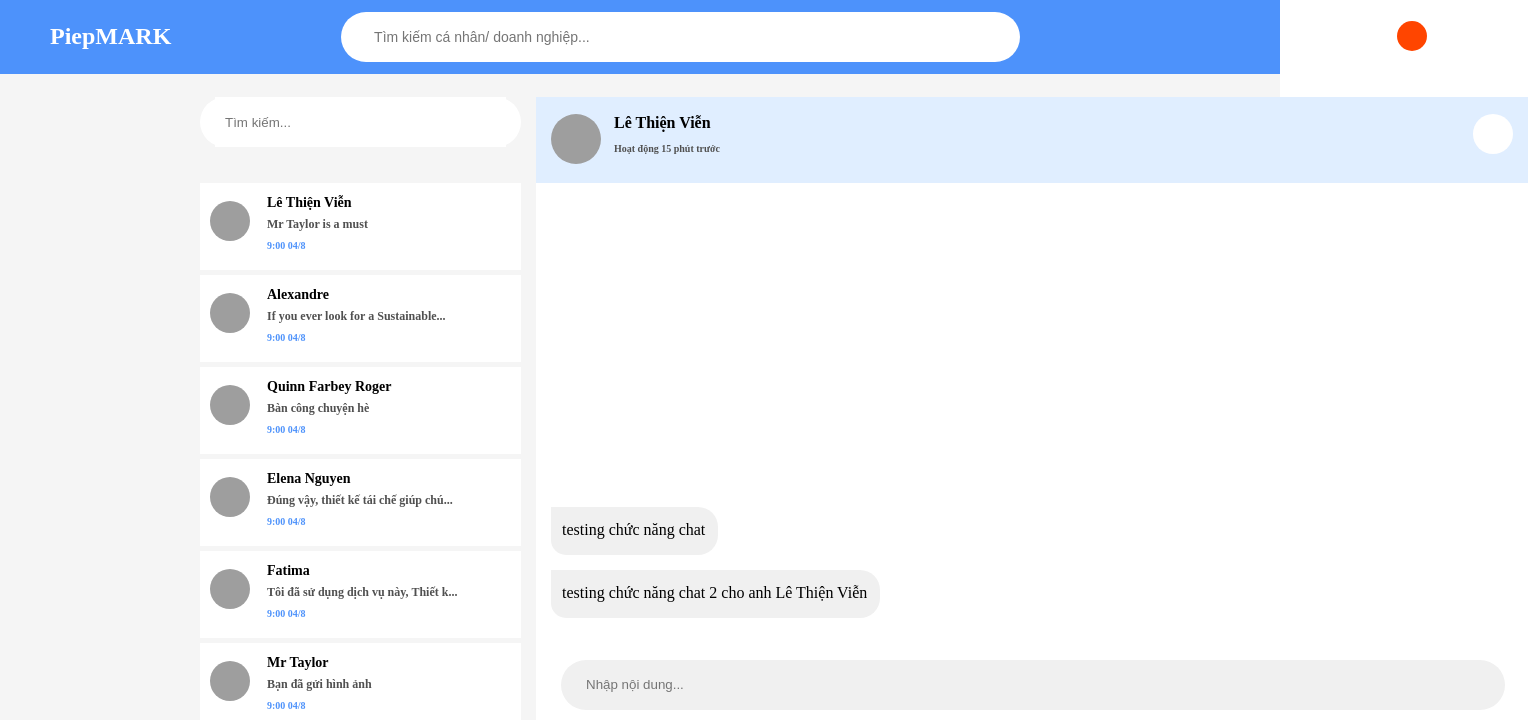
Repository: Jackietruong2805/th-c-t-p
Page: /chatbox/1 (app in vue-laravel-boilerplate/)
These files come from the project's save history. The page is drawn as it stood at one moment and after the next save; the edit follows.
The browser window is 1280 px wide. The page is 1528 px wide, so the pictures cover 1528 px, including what lies to the right of the window. The pictures show the whole page.
Pictures or frames that could not be fetched are drawn as grey boxes. The project was rebuilt for these pictures with package versions that can differ from the ones it lists, and the page was loaded fresh each time. Also part of the build but not shown: vue-laravel-boilerplate/vite.config.ts, vue-laravel-boilerplate/src/components/DemoComponent.vue.

Above is the page before, as saved 2022-08-26 17:49:13.

### vue-laravel-boilerplate/src/main.ts
import { createApp } from 'vue';
import { createPinia } from 'pinia';

import App from './App.vue';
import router from './router';

const app = createApp(App);

app.use(createPinia());
app.use(router);
app.mount('#app');

### vue-laravel-boilerplate/src/components/ChatBox.vue

<template>
  <div class="chat__top">
    <div class="chat__status">
      <img class="chat__image" :src="image" alt="" />
      <div class="status-wrapper">
        <h2 class="chat__name">{{ name }}</h2>
        <p class="Hot-ng-15-pht-tr">Hoạt động 15 phút trước</p>
      </div>
    </div>
    <div class="chat__Ellipse-21" @click="handleCloseChatBox">
      <button class="button">
        <i class="fa fa-angle-left"></i>
      </button>
    </div>
  </div>
  <div class="chat__content">
    <div class="message-wrapper">
      <ChatMessage
        :message="msg"
        v-for="msg in messageUser"
        :key="msg.fromId"
      ></ChatMessage>
    </div>
  </div>
  <div class="chat__bottom">
    <div class="chat__message">
      <form class="chat__input" @submit.prevent>
        <input
          placeholder="Nhập nội dung..."
          class="message"
          type="text"
          v-model="message"
          ref="inputMessage"
          @keyup.enter="addMessage"
        />
        <div class="chat__icon">
          <button class="button">
            <i class="fa fa-image"></i>
          </button>
          <button class="button">
            <i class="fa fa-grin-alt"></i>
          </button>
          <button
            type="submit"
            class="button sending"
            :disabled="!message"
            @click="addMessage"
          >
            <i class="fa fa-paper-plane" :class="{ 'is-active': message }"></i>
          </button>
        </div>
      </form>
    </div>
  </div>
</template>

<script lang="ts" setup>
/*
  import
*/
import { ref, onMounted } from 'vue';

import { useRoute, useRouter } from 'vue-router';
import ChatMessage from './ChatMessage.vue';

/*
  router
*/

const router = useRouter();

/*
  stores
*/
import { useMemberStore } from '../stores/storemembers';
import { useMessageStore } from '../stores/storemessage';
let image = '';
let name = '';
const route = useRoute();
const memberStore = useMemberStore().members;
let messageStore = useMessageStore().messages;
console.log(messageStore);
memberStore.forEach((member) => {
  if (member.id == parseInt(route.params.id)) {
    image = member.image;
    name = member.name;
  }
});

console.log(messageStore);
console.log([...messageStore]);

let messageUser = [...messageStore].filter(
  (msg) => msg.fromId == route.params.id
);

console.log(messageUser);
/*

  message

*/
let messageSending = '';
let message = ref('');

console.log(message);
let messageAvailable = ref<boolean>(false);

function addMessage() {
  messageSending = message.value;
  let member = {
    fromId: route.params.id,
    name,
    content: [messageSending, true],
  };
  messageUser.push(member);
  messageAvailable.value = true;
  message.value = '';
  inputMessage.value?.focus();
}

const inputMessage = ref<HTMLInputElement | null>(null);

onMounted(() => {
  inputMessage.value?.focus();
});

/*

  Close ChatBox

*/

function handleCloseChatBox() {
  router.push({ path: '/' });
}
</script>

### vue-laravel-boilerplate/src/components/ChatItem.vue
<script lang="ts" setup>
/*
  import
*/

const props = defineProps({
  memberInfo: {
    type: Object,
    required: true,
  },
});
</script>

<template>
  <router-link :to="`/chatbox/${memberInfo.id}`">
    <div class="Rectangle-238">
      <div class="cardmem__ava">
        <img :src="memberInfo.image" alt="ava-1" class="cardmem__img" />
      </div>
      <div class="cardmem__info">
        <h2 class="cardmem__name">{{ memberInfo.name }}</h2>
        <p class="cardmem__text">{{ memberInfo.chatText }}</p>
        <p class="cardmem__date">{{ memberInfo.date }}</p>
      </div>
    </div>
  </router-link>
</template>

### vue-laravel-boilerplate/src/components/ChatList.vue


<script lang="ts" setup>
/*
    import
*/
// import ChatItem from './ChatItem.vue';
import { useMemberStore } from '../stores/storemembers';

/*
  stores

*/

const memberStore = useMemberStore();

const memberList = memberStore.members;
</script>

<template>
  <ChatItem
    v-for="member in memberList"
    :memberInfo="member"
    :key="member.id"
  ></ChatItem>
</template>

### vue-laravel-boilerplate/src/components/ChatMessage.vue
<template>
  <div
    ref="checkColor"
    :class="[isMineChat ? 'message-content' : 'message-content2']"
  >
    {{ message }}
  </div>
</template>

<script setup lang="ts">
/*
    import
*/
import { useRoute } from 'vue-router';
import { defineProps, ref } from 'vue';

/*
  Route
*/

const route = useRoute();

const checkColor = ref('');

/*
    Props
*/

const props = defineProps({
  message: {
    type: Object,
  },
});

let message = props.message.content;

let isMineChat = false;

console.log(checkColor);
</script>

### vue-laravel-boilerplate/src/components/TheChat.vue
<template>
  <div class="chat__container">
    <div class="chat__left">
      <div class="chat__search">
        <i class="fa fa-search"></i>
        <input type="text" placeholder="Tìm kiếm..." />
      </div>
      <div class="chat__list">
        <chat-list></chat-list>
      </div>
    </div>
    <div class="chat__right" :data-key="$route.path">
      <router-view :key="$route.path"></router-view>
    </div>
  </div>
</template>

<script lang="ts">
/*
    import
*/
// import ChatList from './ChatList.vue';
</script>

### vue-laravel-boilerplate/src/components/TheHeader.vue
<template>
  <main class="header">
    <div class="header__left">
      <div class="header__logo">PiepMARK</div>
      <form class="header__form">
        <i class="fa fa-search"></i>
        <input
          type="text"
          class="header__search"
          placeholder="Tìm kiếm cá nhân/ doanh nghiệp..."
        />
      </form>
    </div>
    <div class="header__right">
      <div class="Ellipse-34"></div>
    </div>
  </main>
</template>

### vue-laravel-boilerplate/src/App.vue
<template>
  <header>
    <the-header></the-header>
  </header>
  <section class="chat">
    <the-chat></the-chat>
  </section>
</template>

<script lang="ts" src="./App.vue.ts">
// import
import TheHeader from './components/TheHeader.vue';
import TheChat from './components/TheChat.vue';
</script>

<style lang="scss" >
@import 'styles';
.chat {
  background-color: $bg-gray-1;
  padding: 23px 200px 0 200px;
  flex-grow: 1;
  height: calc(100vh - 74px);
}
</style>

### vue-laravel-boilerplate/src/router/index.ts
import { HOME_ROUTE } from '@/views/home/HomeView.route';
import { createRouter, createWebHistory } from 'vue-router';
import {useMemberStore} from "../stores/storemembers";
import ChatBox from "../components/ChatBox.vue"




const routes = [
  {
    path: "/chatbox/:id",
    name: "member",
    component: ChatBox,
  }
]

const router = createRouter({
  history: createWebHistory(),
  routes,
});

export default router;

### vue-laravel-boilerplate/src/stores/storemembers.ts
import { defineStore } from 'pinia'


interface User {
  name: string;
  status: boolean;
  chatText: string;
  date: string;
  image: string;
}

type memberChat = User;



export const useMemberStore = defineStore({
  id: 'members',
  state: () => {
    return {
      members: [
        {
          id: 1,
          name: 'Lê Thiện Viễn',
          status: false,
          chatText: 'Mr Taylor is a must',
          date: '9:00 04/8',
          image:
            'https://images.unsplash.com/photo-1570295999919-56ceb5ecca61?ixlib=rb-1.2.1&ixid=MnwxMjA3fDB8MHxwaG90by1wYWdlfHx8fGVufDB8fHx8&auto=format&fit=crop&w=880&q=80',
        },
        {
          id: 2,
          name: 'Alexandre',
          status: true,
          chatText: 'If you ever look for a Sustainable...',
          date: '9:00 04/8',
          image:
            'https://images.unsplash.com/photo-1583900985737-6d0495555783?ixlib=rb-1.2.1&ixid=MnwxMjA3fDB8MHxwaG90by1wYWdlfHx8fGVufDB8fHx8&auto=format&fit=crop&w=464&q=80',
        },
        {
          id:  3,
          name: 'Quinn Farbey Roger',
          status: false,
          chatText: 'Bàn công chuyện hè',
          date: '9:00 04/8',
          image:
            'https://images.unsplash.com/photo-1582639590011-f5a8416d1101?ixlib=rb-1.2.1&ixid=MnwxMjA3fDB8MHxwaG90by1wYWdlfHx8fGVufDB8fHx8&auto=format&fit=crop&w=449&q=80',
        },
        {
          id: 4,
          name: 'Elena Nguyen',
          status: true,
          chatText: 'Đúng vậy, thiết kế tái chế giúp chú...',
          date: '9:00 04/8',
          image:
            'https://images.unsplash.com/photo-1575186083127-03641b958f61?ixlib=rb-1.2.1&ixid=MnwxMjA3fDB8MHxzZWFyY2h8MTN8fGhvdCUyMGJpa2luaXxlbnwwfHwwfHw%3D&auto=format&fit=crop&w=500&q=60',
        },
        {
          id: 5,
          name: 'Fatima',
          status: false,
          chatText: 'Tôi đã sử dụng dịch vụ này, Thiết k...',
          date: '9:00 04/8',
          image:
            'https://sohanews.sohacdn.com/160588918557773824/2021/4/28/photo-9-1619575510785681886686.jpg',
        },
        {
          id: 6,
          name: 'Mr Taylor',
          status: false,
          chatText: 'Bạn đã gửi hình ảnh',
          date: '9:00 04/8',
          image:
            'https://kenh14cdn.com/2019/10/19/7269872413639461504308173511299650480050194n-15714426244161741222544.jpg',
        },
      ]
    }
  },
  getters: {
  },
  actions: {

  }
})

### vue-laravel-boilerplate/src/stores/storemessage.ts
import { defineStore } from 'pinia'



export const useMessageStore = defineStore({
  id: 'messages',
  state: () => {
    return {
      messages: [
        {
          fromId: 1,
          name: 'Lê Thiện Viễn',
          content: "testing chức năng chat",
        },
        {
            fromId: 1,
            name: 'Lê Thiện Viễn',
            content: "testing chức năng chat 2 cho anh Lê Thiện Viễn",
          },
        {
          fromId: 2,
          name: 'Alexandre',
          content: "testing chức năng chat2",
        },
        {
          fromId:  3,
          name: 'Quinn Farbey Roger',
          content: "testing chức năng chat3",
        },
        {
          fromId: 4,
          name: 'Elena Nguyen',
          content: "testing chức năng chat4",
        },
        {
          fromId: 5,
          name: 'Fatima',
          content: "testing chức năng chat5",
        },
        {
          fromId: 6,
          name: 'Mr Taylor',
          content: "testing chức năng chat6",
        },
      ]
    }
  },
  getters: {
  },
  actions: {

  }
})

### vue-laravel-boilerplate/src/styles/_index.scss
// Helpers
@import "./Helpers/variables";
@import "./Helpers/mixin";
@import "./Helpers/extend";
// Base
@import "./Base/reset";

// Layouts
@import "./Layouts/header";
@import "./Layouts/chat";

// Components
@import "./Components/cardmem";

### vue-laravel-boilerplate/src/styles/Helpers/_variables.scss
// color
$color-white-0: #ffffff;
$color-black-0: #000000;
$color-black-1: #505050;
$color-blue-1: #aaccff;
$color-blue-2: #4d92fb;
$color-gray-0: #a9a9a9;
$color-gray-1: #808080;
$color-gray-2: #dcdcdc;

// background
$bg-blue-0: #4d92fb;
$bg-blue-1: #e0eeff;
$bg-white-0: #ffffff;
$bg-green-0: #38c55c;
$bg-gray-0: #f0f0f0;
$bg-gray-1: #f5f5f5;
$bg-red-0: #ff4500;

// fs
$fs-0: 14px;
$fs-1: 12px;
$fs-2: 10px;
// fw
$fw-0: bold;

// margin
$mg-0: 9px;
$mg-1: 6px;
$mg-2: 17px;
$mg-3: 86px;

### vue-laravel-boilerplate/src/styles/Helpers/_mixin.scss
@mixin styleText($color, $fs, $fw) {
    color: $color;
    font-size: $fs;
    font-weight: $fw;
}

@mixin styleAva($size) {
    width: $size;
    height: $size;
    border-radius: 50%;
    object-fit: cover;
}

@mixin borderCircle($size, $bgColor) {
    width: $size;
    height: $size;
    border-radius: 50%;
    background-color: $bgColor;
}

### vue-laravel-boilerplate/src/styles/Helpers/_extend.scss
%flexCenter {
    display: flex;
    justify-content: center;
    align-items: center;
}

### vue-laravel-boilerplate/src/styles/Base/_reset.scss
* {
    padding: 0;
    margin: 0;
    box-sizing: border-box;
}

html,
body {
    height: 100vh;
}

### vue-laravel-boilerplate/src/styles/Layouts/_header.scss
.header {
    height: 74px;
    display: flex;
    align-items: center;
    justify-content: space-between;
    padding: 9px 50px 11px;
    background-color: $bg-blue-0;

    .header__left {
        display: flex;
        align-items: center;
        justify-content: center;
        .header__logo {
            color: $color-white-0;
            font-family: "Dancing Script", cursive;
            font-size: 24px;
            font-weight: bold;
        }
        .header__form {
            width: 679px;
            height: 50px;
            margin: 3px 377px 1px 169.8px;
            padding: 10px 0px 10px 23px;
            border-radius: 100px;
            background-color: $bg-white-0;
            display: flex;
            align-items: center;
            i {
                font-size: 30px;
                flex-grow: 0;
            }
            .header__search {
                border: 0;
                flex: 1;
                margin-left: 10px;
                background-color: transparent;
                height: 50px;
                &:focus {
                    outline: 0;
                }
                &[placeholder] {
                    font-size: 14px;
                    color: $color-gray-0;
                }
            }
        }
    }
    .header__right {
        display: flex;
        .Ellipse-34 {
            width: 30px;
            height: 30px;
            padding: 5.3px 6.3px 7.3px;
            justify-self: end;
            background-color: $bg-red-0;
            width: 30px;
            height: 30px;
            border-radius: 50%;
        }
    }
}

### vue-laravel-boilerplate/src/styles/Components/_cardmem.scss
.Rectangle-238 {
    width: 321px;
    height: 87px;
    display: flex;
    align-items: center;
    background-color: $bg-white-0;
    padding: 9px 27px 17px 10px;
    margin-bottom: $mg-1 - 1;
    .cardmem__ava {
        align-self: flex-start;
        margin-top: $mg-0;
        .cardmem__img {
            @include styleAva(40px);
            flex-grow: 0;
        }
    }
    .cardmem__info {
        flex: 1;
        margin-left: $mg-2;
        .cardmem__name {
            @include styleText($color-black-0, $fs-0, $fw-0);
            margin-bottom: $mg-1;
        }
        .cardmem__text {
            @include styleText($color-black-1, $fs-1, $fw-0);
            margin-bottom: $mg-1 + 2;
        }
        .cardmem__date {
            @include styleText($color-blue-2, $fs-2, $fw-0);
        }
    }
}

### vue-laravel-boilerplate/src/App.vue.ts
import { defineComponent } from 'vue';
export default defineComponent({});

Loaded but not shown: vue-laravel-boilerplate/src/styles/Layouts/_chat.scss (174 lines, source omitted)

After the next save:
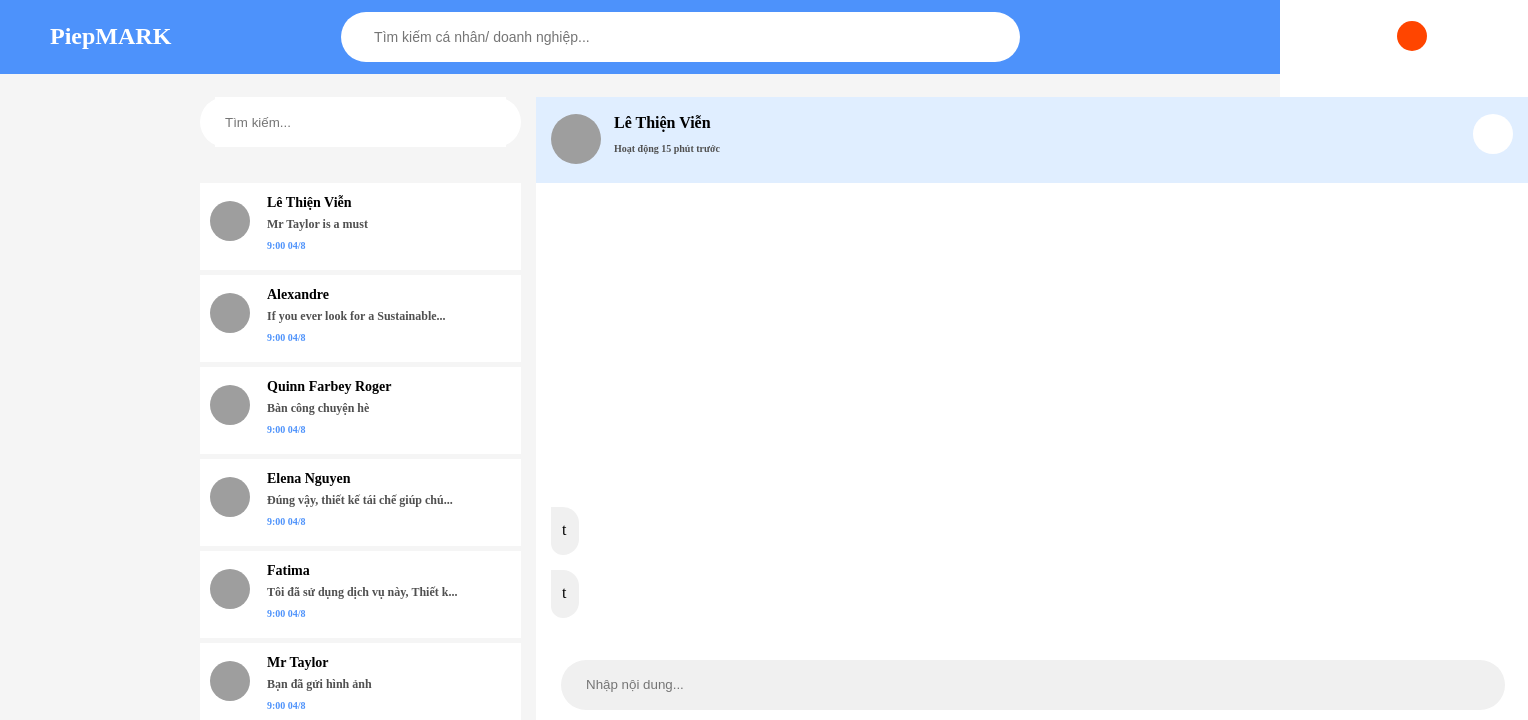
Saved 52 s later.
--- a/vue-laravel-boilerplate/src/components/ChatMessage.vue
+++ b/vue-laravel-boilerplate/src/components/ChatMessage.vue
@@ -32,7 +32,7 @@
   },
 });
 
-let message = props.message.content;
+let message = props.message.content[0];
 
 let isMineChat = false;
 

After the save that followed:
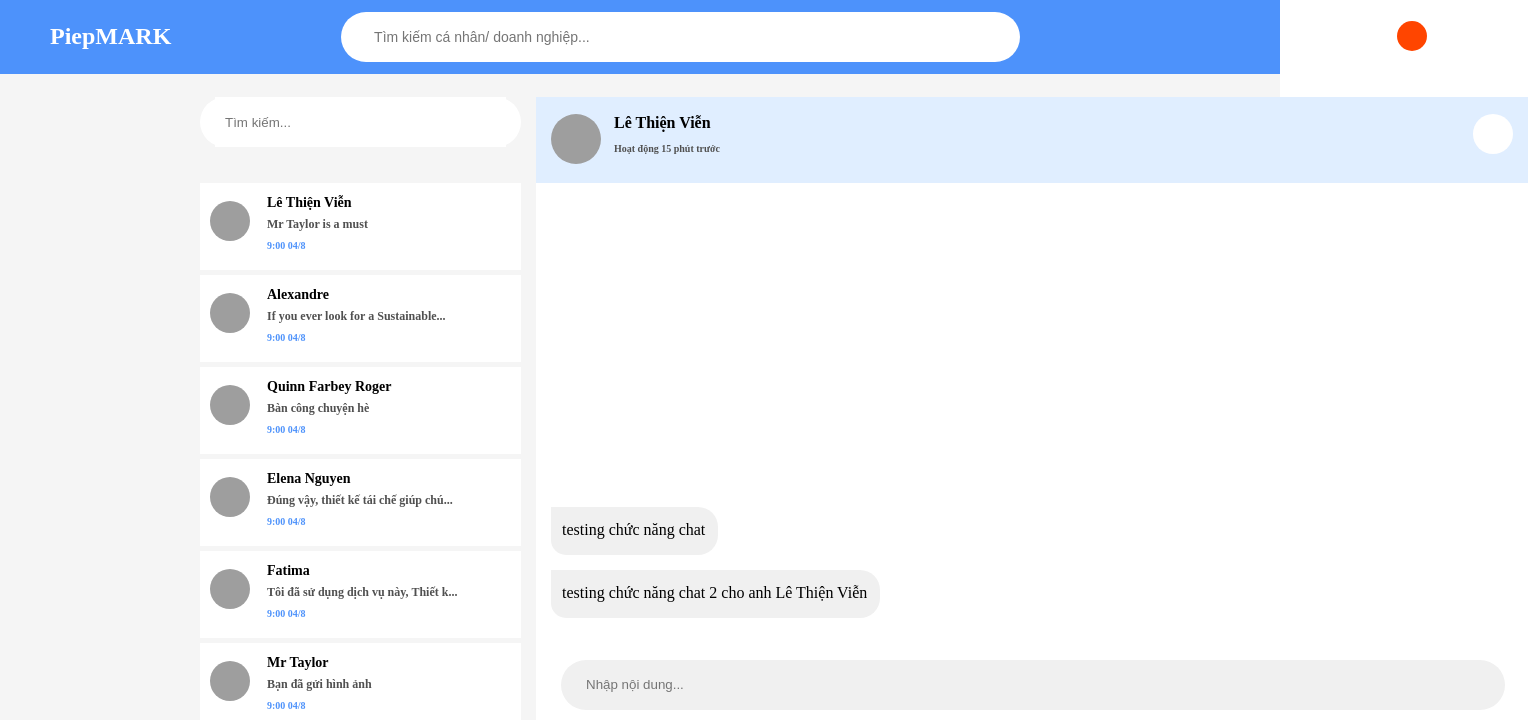
Saved 13 s later.
--- a/vue-laravel-boilerplate/src/components/ChatMessage.vue
+++ b/vue-laravel-boilerplate/src/components/ChatMessage.vue
@@ -32,7 +32,7 @@
   },
 });
 
-let message = props.message.content[0];
+let message = props.message.content;
 
 let isMineChat = false;
 
